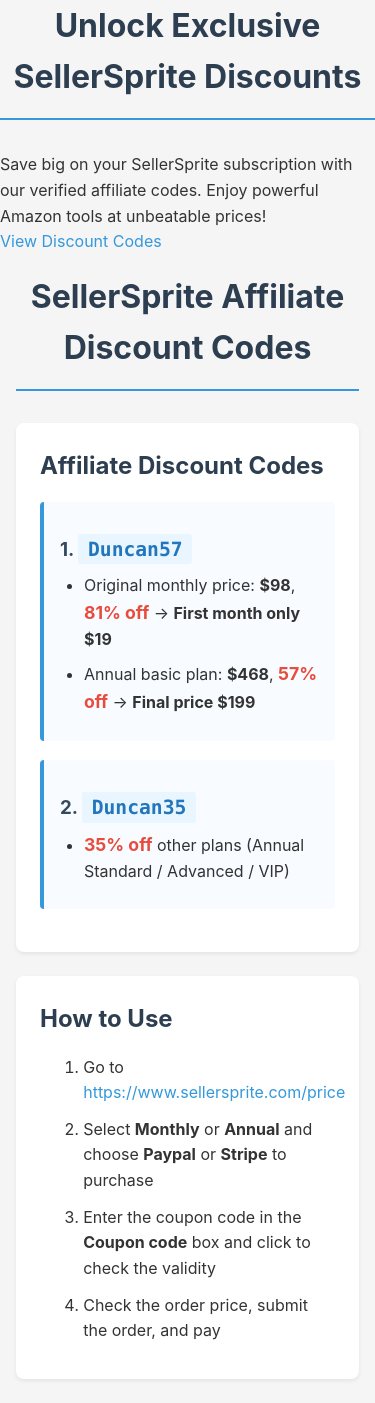
Repository: swebvn/web-html
Page: index.html
These files come from the project's save history. The page is drawn as it stood at one moment and after the next save; the edit follows.
The browser window is 375 px wide. The pictures show the whole page.

Above is the page before, as saved 2025-04-18 17:09:41.

After the next save:
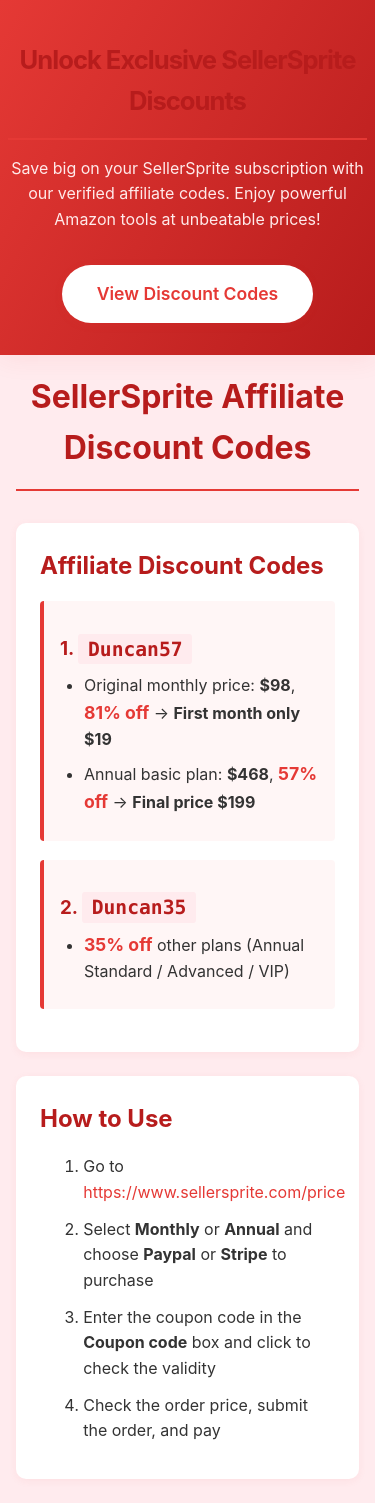
Saved 26 s later.
--- a/styles.css
+++ b/styles.css
@@ -4,11 +4,19 @@
     box-sizing: border-box;
 }
 
+:root {
+    --primary-red: #e53935;
+    --primary-red-dark: #b71c1c;
+    --primary-red-light: #ffebee;
+    --text-dark: #2c3e50;
+    --text-light: #fff;
+}
+
 body {
     font-family: -apple-system, BlinkMacSystemFont, 'Segoe UI', Roboto, Arial, sans-serif;
     line-height: 1.6;
     color: #333;
-    background-color: #f5f5f5;
+    background-color: var(--primary-red-light);
 }
 
 .container {
@@ -17,38 +25,84 @@
     padding: 0 1rem;
 }
 
+.hero {
+    background: linear-gradient(120deg, var(--primary-red) 0%, var(--primary-red-dark) 100%);
+    color: var(--text-light);
+    padding: 4rem 1rem 3rem 1rem;
+    text-align: center;
+    box-shadow: 0 4px 24px rgba(229,57,53,0.08);
+}
+
+.hero-content {
+    max-width: 700px;
+    margin: 0 auto;
+}
+
+.hero h1 {
+    font-size: 2.5rem;
+    font-weight: 700;
+    margin-bottom: 1rem;
+    letter-spacing: -1px;
+}
+
+.hero-subtitle {
+    font-size: 1.25rem;
+    margin-bottom: 2rem;
+    color: #ffeaea;
+}
+
+.hero-btn {
+    display: inline-block;
+    background: #fff;
+    color: var(--primary-red);
+    font-weight: 600;
+    padding: 0.85em 2em;
+    border-radius: 30px;
+    font-size: 1.1rem;
+    text-decoration: none;
+    box-shadow: 0 2px 8px rgba(229,57,53,0.10);
+    transition: background 0.2s, color 0.2s, box-shadow 0.2s;
+    border: none;
+}
+
+.hero-btn:hover {
+    background: var(--primary-red-dark);
+    color: #fff;
+    box-shadow: 0 4px 16px rgba(229,57,53,0.18);
+}
+
 h1 {
     text-align: center;
-    color: #2c3e50;
+    color: var(--primary-red-dark);
     margin-bottom: 2rem;
     padding-bottom: 1rem;
-    border-bottom: 2px solid #3498db;
+    border-bottom: 2px solid var(--primary-red);
+}
+
+h2 {
+    color: var(--primary-red-dark);
+    margin-bottom: 1rem;
+}
+
+h3 {
+    color: var(--primary-red-dark);
+    margin: 1rem 0 0.5rem;
 }
 
 section {
-    background: white;
-    border-radius: 8px;
+    background: #fff;
+    border-radius: 10px;
     padding: 1.5rem;
     margin-bottom: 1.5rem;
-    box-shadow: 0 2px 4px rgba(0, 0, 0, 0.1);
+    box-shadow: 0 2px 8px rgba(229,57,53,0.06);
 }
 
 .discount-section, .process-section {
     background: #fff;
-    border-radius: 8px;
+    border-radius: 10px;
     padding: 1.5rem;
     margin-bottom: 1.5rem;
-    box-shadow: 0 2px 4px rgba(0,0,0,0.07);
-}
-
-h2 {
-    color: #2c3e50;
-    margin-bottom: 1rem;
-}
-
-h3 {
-    color: #34495e;
-    margin: 1rem 0 0.5rem;
+    box-shadow: 0 2px 8px rgba(229,57,53,0.06);
 }
 
 .discount-details {
@@ -56,7 +110,7 @@
 }
 
 .highlight {
-    color: #e74c3c;
+    color: var(--primary-red);
     font-weight: bold;
     font-size: 1.1em;
     margin: 0.5rem 0;
@@ -72,11 +126,12 @@
 }
 
 a {
-    color: #3498db;
+    color: var(--primary-red);
     text-decoration: none;
 }
 
 a:hover {
+    color: var(--primary-red-dark);
     text-decoration: underline;
 }
 
@@ -87,15 +142,15 @@
 .code-block {
     margin-bottom: 1.2rem;
     padding: 1rem;
-    border-left: 4px solid #3498db;
-    background: #f8fbff;
+    border-left: 4px solid var(--primary-red);
+    background: #fff6f6;
     border-radius: 4px;
 }
 
 .code {
     font-family: 'Fira Mono', 'Consolas', monospace;
-    background: #eaf6ff;
-    color: #2176bd;
+    background: #ffebee;
+    color: var(--primary-red-dark);
     padding: 0.2em 0.5em;
     border-radius: 3px;
     font-size: 1.05em;
@@ -110,10 +165,18 @@
 }
 
 @media (max-width: 600px) {
+    .hero {
+        padding: 2.5rem 0.5rem 2rem 0.5rem;
+    }
+    .hero h1 {
+        font-size: 1.6rem;
+    }
+    .hero-subtitle {
+        font-size: 1rem;
+    }
     .container {
         margin: 1rem auto;
     }
-
     section {
         padding: 1rem;
     }
